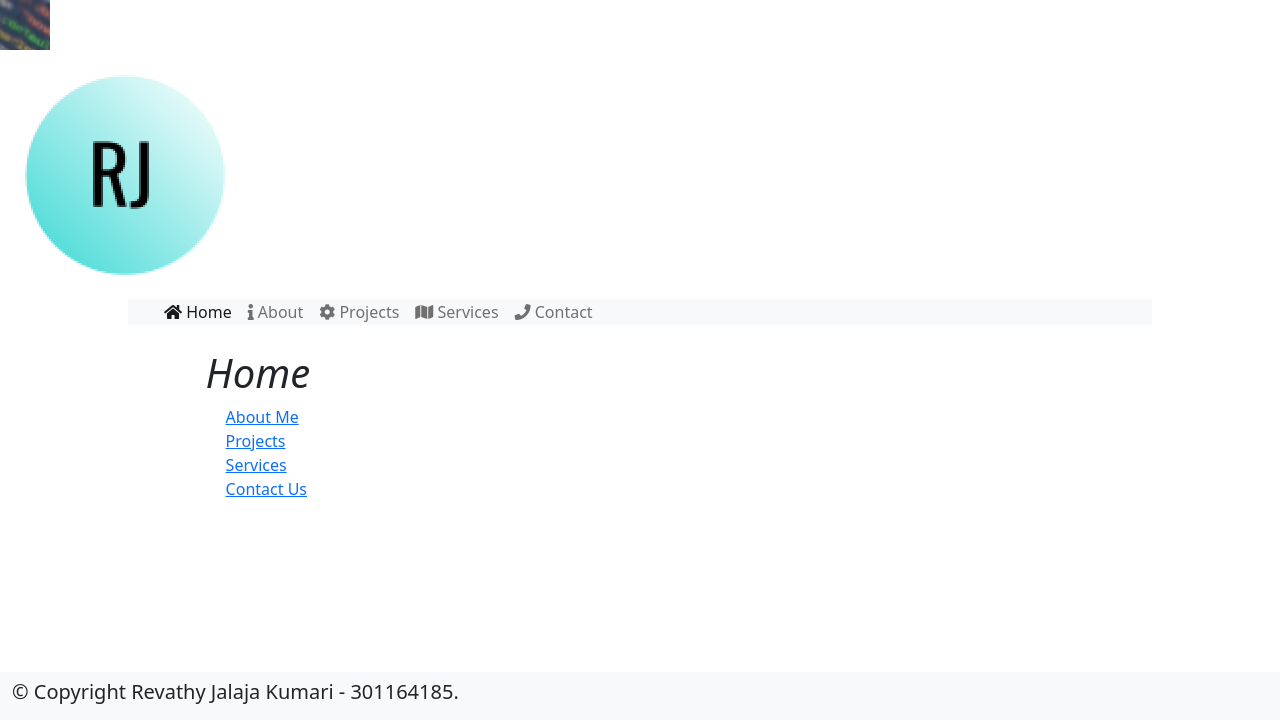
Repository: RevathyJK/Portfolio
Page: http://localhost/
An editor plug-in stored every save of this project. The page is shown before and after the next save, followed by the edit.
The browser window is 1280 px wide. The pictures show the whole page.
The page is served by the project's Node server (server.js). Other server files are loaded and not shown.

Above is the page before, as saved 2021-10-01 12:19:20.

### Server/Views/index.ejs
<!DOCTYPE html>
<html lang="en">
<head>
    <meta charset="UTF-8">
    <meta http-equiv="X-UA-Compatible" content="IE=edge">
    <meta name="viewport" content="width=device-width, initial-scale=1.0">
    <title><%= title %></title>
    <!-- CSS Section -->
    <link rel="stylesheet" href="./Content/app.css">
    <link rel="stylesheet" href="./bootstrap/dist/css/bootstrap.min.css">
    <link rel="stylesheet" href="./@fortawesome/fontawesome-free/css/all.min.css">
</head>
<body>
    <!-- Main Navigation Section -->
    <header>
      <%- include('components/header.ejs'); %>
    </header>


    <!-- Content Section -->
    <main>
      <div class="container">
        <%- include('content/' + page + '.ejs'); %>
      </div>
    </main>

    <footer>
    <%- include('components/footer.ejs'); %>
    </footer>

    <!-- JavaScript Section -->
    <script src="./jquery/dist/jquery.min.js"></script>
    <script src="./bootstrap/dist/js/bootstrap.min.js"></script>
    <script src="./@fortawesome/fontawesome-free/js/all.min.js"></script>

    <script src="./Scripts/app.js"></script>
</body>
</html>

### Server/Views/components/header.ejs
<div class="header-img"></div>
<img src="logo.png"> <br><br>


<div id="allPage">

<nav class="navbar navbar-expand-lg navbar-light bg-light">
  <div class="container-fluid">
    <a class="navbar-brand"></a>
    <button class="navbar-toggler" type="button" data-bs-toggle="collapse" data-bs-target="#navbarSupportedContent" aria-controls="navbarSupportedContent" aria-expanded="false" aria-label="Toggle navigation">
      <span class="navbar-toggler-icon"></span>
    </button>
    <div class="collapse navbar-collapse" id="navbarSupportedContent" >
      <ul class="navbar-nav ms-auto mb-2 mb-lg-0">
        <li class="nav-item">
          <a class="nav-link active" href="/home"><i class="fas fa-home"></i> Home</a>
        </li>
        <li class="nav-item">
          <a class="nav-link" href="/about"><i class="fas fa-info"></i> About</a>
        </li>
        <li class="nav-item">
          <a class="nav-link" href="/projects"><i class="fas fa-cog"></i> Projects</a>
        </li>
        <li class="nav-item">
          <a class="nav-link" href="/services"><i class="fas fa-map"></i> Services</a>
        </li>

        <li class="nav-item">
          <a class="nav-link" href="/contact"><i class="fas fa-phone"></i> Contact</a>
        </li>
      </ul>
    </div>
  </div>
</nav>
<br>

</div>

### Server/Views/content/home.ejs
<div id ="allPage">

<div class="container">
        <h1><em><%= title %></em></h1>

</div>

<div>
  <nav>
	  <ul>
		  <li><a href="about">About Me</a></li>
		  <li><a href="projects">Projects</a></li>
		  <li><a href="home">Services </a></li>
                <li><a href="contact">Contact Us</a></li>

  	</ul>
	</nav>
</div>

</div>

### Server/Views/components/footer.ejs
<div id ="allPage">
<nav class="navbar fixed-bottom navbar-light bg-light">
    <div class="container-fluid">
        <h5>&copy; Copyright Revathy Jalaja Kumari - 301164185.</h5>
    </div>
</nav>
</div>

### server.js
#!/usr/bin/env node
"use strict";
/**
 * Module dependencies.
 */
var __importDefault = (this && this.__importDefault) || function (mod) {
    return (mod && mod.__esModule) ? mod : { "default": mod };
};
Object.defineProperty(exports, "__esModule", { value: true });
const app_1 = __importDefault(require("./Server/Config/app"));
const debug_1 = __importDefault(require("debug"));
(0, debug_1.default)('comp229-f2021-lesson4:server');
const http_1 = __importDefault(require("http"));
/**
 * Get port from environment and store in Express.
 */
let port = normalizePort(process.env.PORT || '3000');
app_1.default.set('port', port);
/**
 * Create HTTP server.
 */
let server = http_1.default.createServer(app_1.default);
/**
 * Listen on provided port, on all network interfaces.
 */
server.listen(port);
server.on('error', onError);
server.on('listening', onListening);
/**
 * Normalize a port into a number, string, or false.
 */
function normalizePort(val) {
    let port = parseInt(val, 10);
    if (isNaN(port)) {
        // named pipe
        return val;
    }
    if (port >= 0) {
        // port number
        return port;
    }
    return false;
}
/**
 * Event listener for HTTP server "error" event.
 */
function onError(error) {
    if (error.syscall !== 'listen') {
        throw error;
    }
    let bind = typeof port === 'string'
        ? 'Pipe ' + port
        : 'Port ' + port;
    // handle specific listen errors with friendly messages
    switch (error.code) {
        case 'EACCES':
            console.error(bind + ' requires elevated privileges');
            process.exit(1);
            break;
        case 'EADDRINUSE':
            console.error(bind + ' is already in use');
            process.exit(1);
            break;
        default:
            throw error;
    }
}
/**
 * Event listener for HTTP server "listening" event.
 */
function onListening() {
    let addr = server.address();
    let bind = typeof addr === 'string'
        ? 'pipe ' + addr
        : 'port ' + addr.port;
    (0, debug_1.default)('Listening on ' + bind);
}
//# sourceMappingURL=server.js.map

### Server/Routes/index.js
"use strict";
var __importDefault = (this && this.__importDefault) || function (mod) {
    return (mod && mod.__esModule) ? mod : { "default": mod };
};
Object.defineProperty(exports, "__esModule", { value: true });
const express_1 = __importDefault(require("express"));
const router = express_1.default.Router();
exports.default = router;

/* GET home page. */
router.get('/', function (req, res, next) {
    res.render('index', { title: 'Home', page: 'home' });
});
/* GET home page. */
router.get('/home', function (req, res, next) {
    res.render('index', { title: 'Home', page: 'home' });
});
/* GET about page. */
router.get('/about', function (req, res, next) {
    res.render('index', { title: 'Revathy Jalaja Kumari', page: 'about' });
});
/* GET projects page. */
router.get('/projects', function (req, res, next) {
    res.render('index', { title: 'Projects', page: 'projects' });
});
/* GET services page. */
router.get('/services', function (req, res, next) {
    res.render('index', { title: 'Services', page: 'services' });
});
/* GET contact page. */
router.get('/contact', function (req, res, next) {
    res.render('index', { title: 'Contact Me', page: 'contact' });
});





//module.exports = router;
//# sourceMappingURL=index.js.map

### Client/Content/app.css
#allPage {
	width: 80%;
      margin: auto;
      max-width: 1200px;
      display: grid;
	/*grid-template-columns: 150px auto auto;
	grid-template-rows: auto auto auto ; */
}

nav ul {
    display: flex;
    flex-direction: column;
    flex-wrap: nowrap;
    color: #FFFFFF;
    position: absolute;
}

img {
    padding-left: 25px;
    padding-top: 25px;
}

.header-img {
    width: 50px;
    height: 50px;
    background: url("banner.jpg") repeat;
   /* background-image: "banner.jpg";
    background-attachment: fixed;
    background-repeat: no-repeat;*/

  }

### Client/Scripts/app.js
"use strict";
/* custom js goes here */
// IIFE - Immediately Invoked Function Expression (AKA an anonymous self-executing function)
(function () {
    function Start() {
        console.log("App Started...");
    }
    window.addEventListener("load", Start);
})();
//# sourceMappingURL=app.js.map

After the next save:
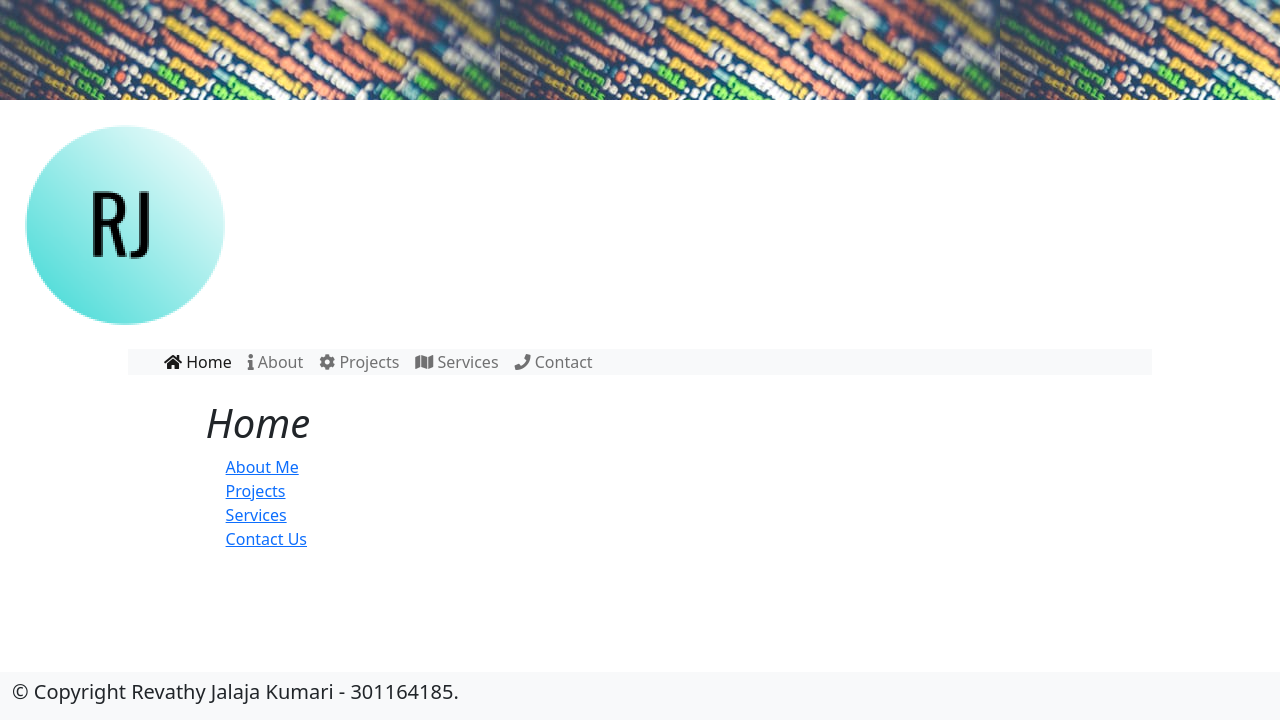
Saved 13 s later.
--- a/Client/Content/app.css
+++ b/Client/Content/app.css
@@ -21,8 +21,8 @@
 }
 
 .header-img {
-    width: 50px;
-    height: 50px;
+
+    height: 100px;
     background: url("banner.jpg") repeat;
    /* background-image: "banner.jpg";
     background-attachment: fixed;
